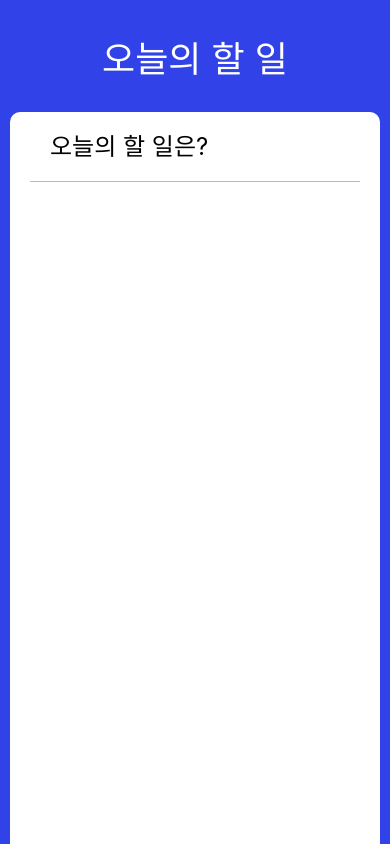
Repository: GoodHoneyCake/toy_project3
Page: /
The author's editor kept a copy of each file at every save. The page is drawn from the files as they stood at one save, then again after a run of saves.
The browser window is 390 px wide. The pictures show the whole page.
The app was drawn by React Native's web renderer in a window 390 px wide. The project was rebuilt for these pictures with package versions that can differ from the ones it lists, and the page was loaded fresh each time.

Above is the page before, as saved 2021-02-08 16:28:37.

### App.jsx
import React, { Component } from "react";
import Main from "./components/main";

class App extends Component {
  render() {
    return <Main />;
  }
}

export default App;

### components/main.jsx
import React from "react";
import { SafeAreaView, StyleSheet, TextInput, View, Text } from "react-native";

const Main = () => {
  return (
    <SafeAreaView style={styles.container}>
      <Text style={styles.appTitle}>오늘의 할 일</Text>
      <View style={styles.card}>
        <TextInput style={styles.input} placeholder="오늘의 할 일은?" />
      </View>
    </SafeAreaView>
  );
};

const styles = StyleSheet.create({
  container: {
    flex: 1,
    backgroundColor: "#3143e8",
  },
  appTitle: {
    color: "#fff",
    fontSize: 36,
    marginTop: 30,
    marginBottom: 30,
    fontWeight: "300",
    textAlign: "center",
    backgroundColor: "#3143e8",
  },
  card: {
    backgroundColor: "#fff",
    flex: 1,
    borderTopLeftRadius: 10,
    borderTopRightRadius: 10,
    marginLeft: 10,
    marginRight: 10,
  },
  input: {
    padding: 20,
    borderBottomColor: "#bbb",
    borderBottomWidth: 1,
    fontSize: 24,
    marginLeft: 20,
    marginRight: 20,
  },
});

export default Main;

After the next 2 saves:
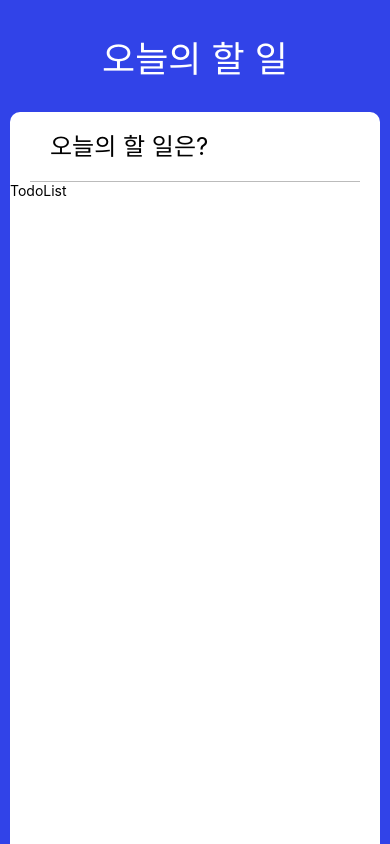
The 2 saves are shown as one change because 1 did not build or start.
The last was saved 66 s later.
--- a/components/main.jsx
+++ b/components/main.jsx
@@ -1,5 +1,12 @@
 import React from "react";
-import { SafeAreaView, StyleSheet, TextInput, View, Text } from "react-native";
+import {
+  SafeAreaView,
+  StyleSheet,
+  TextInput,
+  View,
+  Text,
+  ScrollView,
+} from "react-native";
 
 const Main = () => {
   return (
@@ -7,6 +14,9 @@ const Main = () => {
       <Text style={styles.appTitle}>오늘의 할 일</Text>
       <View style={styles.card}>
         <TextInput style={styles.input} placeholder="오늘의 할 일은?" />
+        <ScrollView>
+          <Text>TodoList</Text>
+        </ScrollView>
       </View>
     </SafeAreaView>
   );
